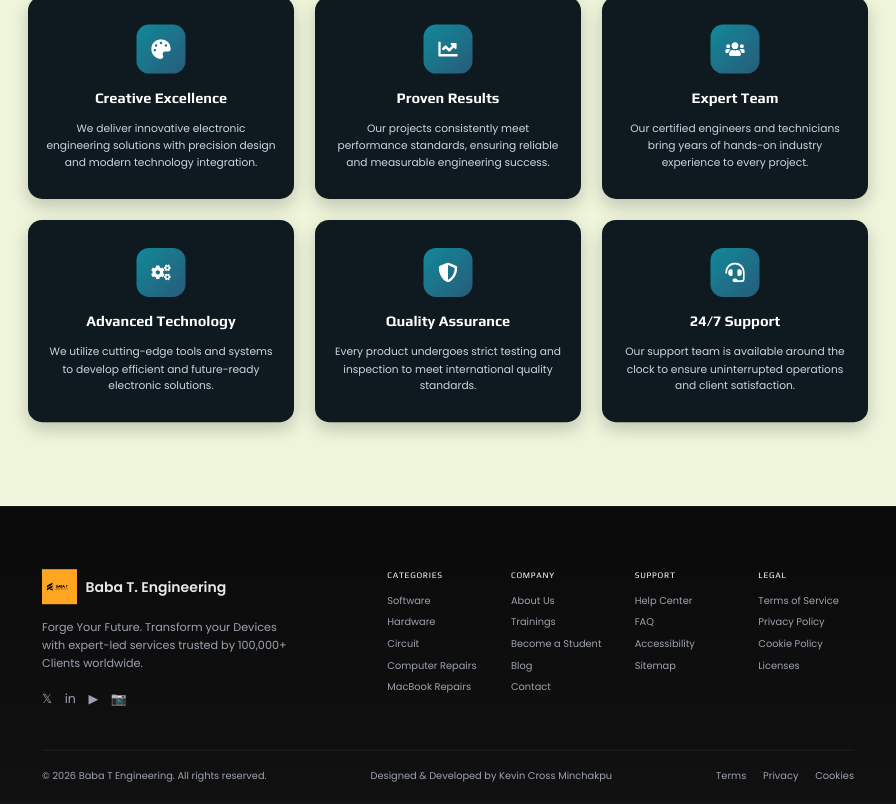
Repository: KC-Minchakpu/babatunde
Page: /
An editor plug-in stored every save of this project. The page is shown before and after the next save, followed by the edit.
The browser window is 1280 px wide. The pictures show the part of the page from y = 3613 to 5533 px (the page is 4761 px tall before and 5533 px after), at 70% of full size.
Pictures or frames that could not be fetched are drawn as grey boxes. The project was rebuilt for these pictures with package versions that can differ from the ones it lists, and the page was loaded fresh each time. The framework's server and built-in components were replaced by stand-ins that run in the browser. Also part of the build but not shown: next.config.ts.

Above is the page before, as saved 2026-02-18 16:29:19.

After the next save:
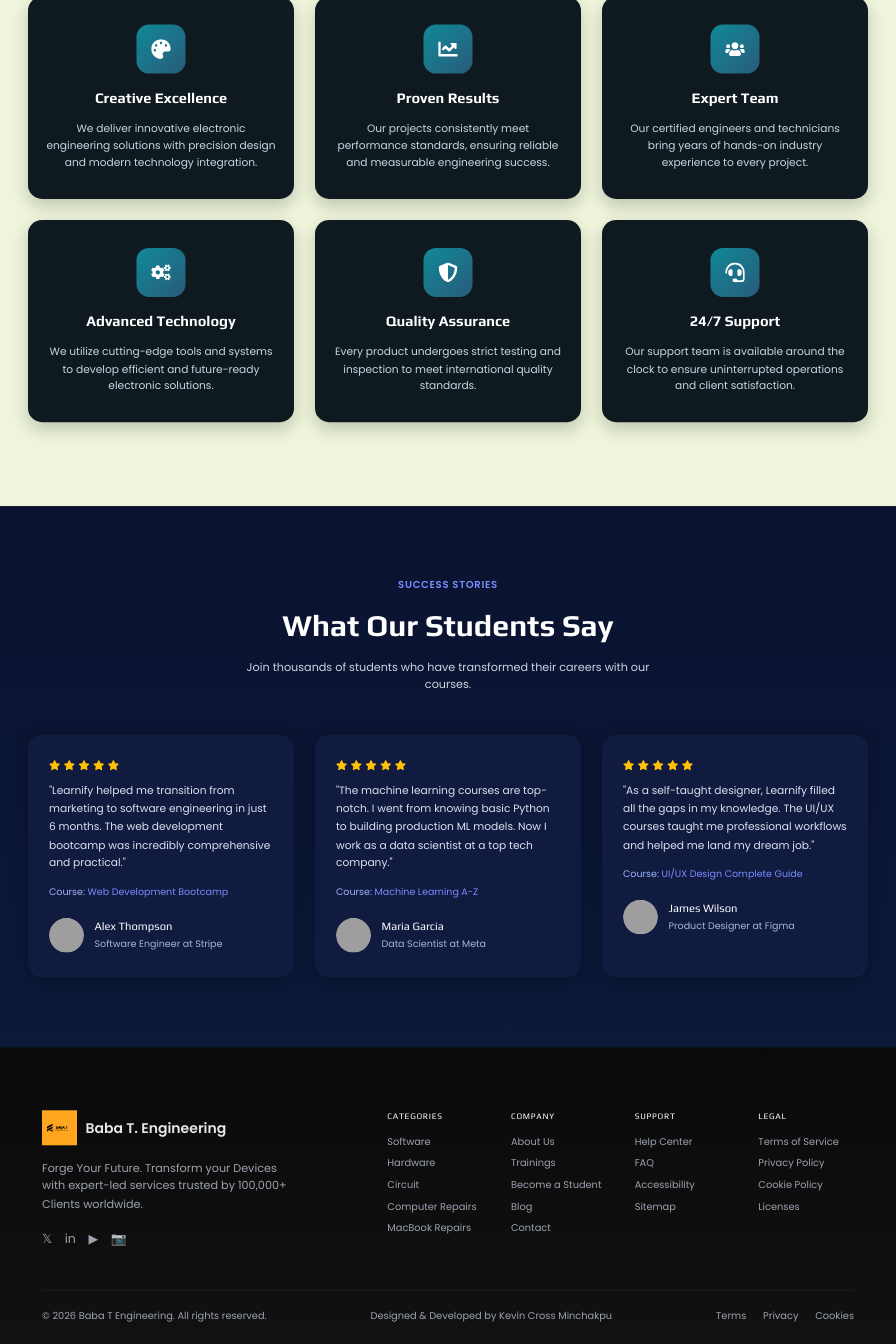
Saved 28 s later.
--- a/src/app/page.tsx
+++ b/src/app/page.tsx
@@ -3,6 +3,7 @@ import Values from "@/components/Values/Values";
 import Story from "@/components/Story/Story";
 import Categories from "@/components/Categories/Categories";
 import WhyChooseUs from "@/components/Why/WhyChooseUs";
+import Testimonials from "@/components/Testimonials/Testimonials";
 
 
 export default function Home() {
@@ -14,6 +15,7 @@ export default function Home() {
       <Story />
       <Categories />
       <WhyChooseUs />
+      <Testimonials />
      </main>
     </>
   );
